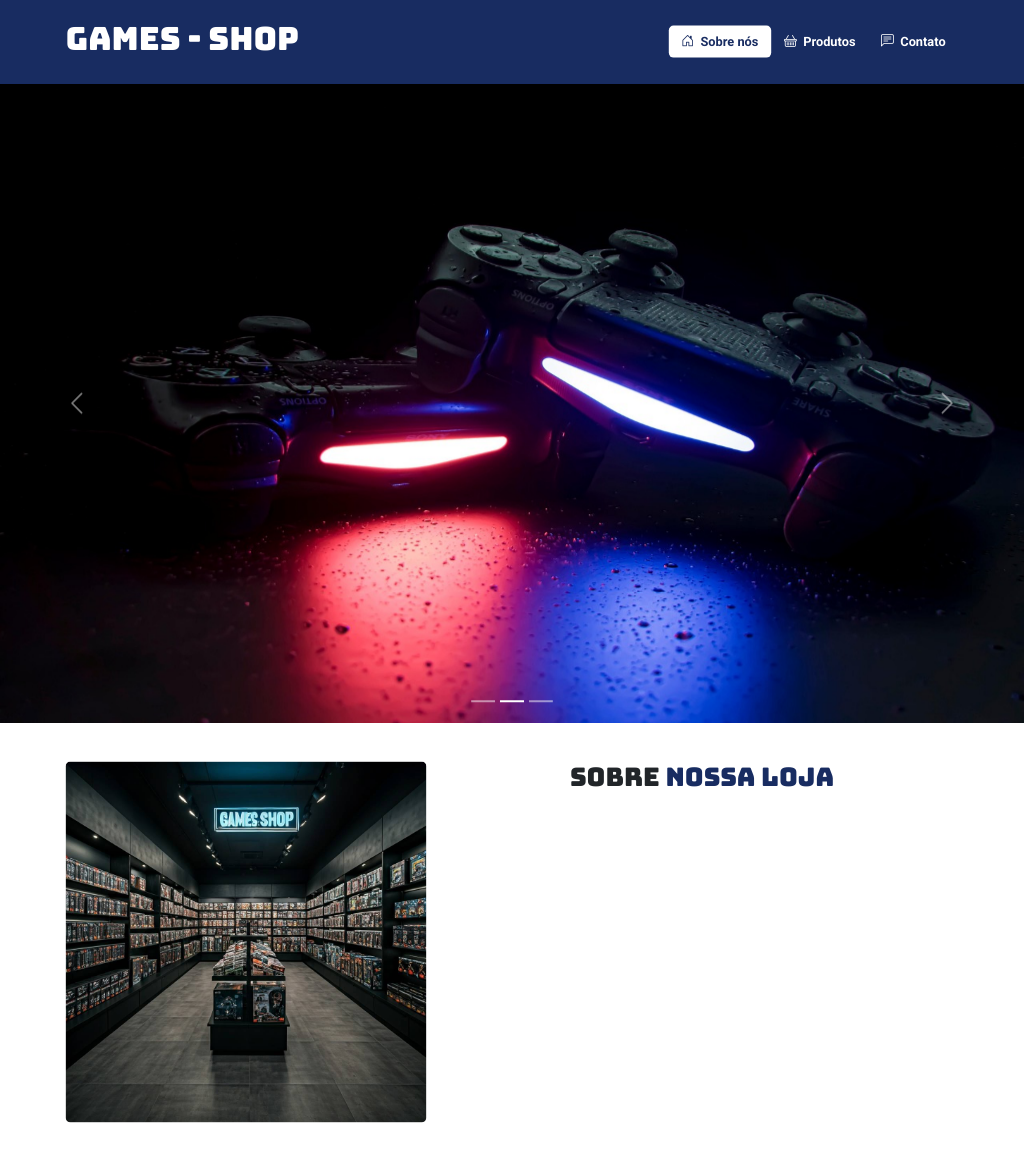
Repository: MatiasBrighent/GamesShop-Bootstrap
Page: index.html
The author's editor kept a copy of each file at every save. The page is drawn from the files as they stood at one save, then again after the next save.
The browser window is 1280 px wide. The pictures show the whole page, at 80% of full size.

Above is the page before, as saved 2025-06-20 14:29:07.

After the next save:
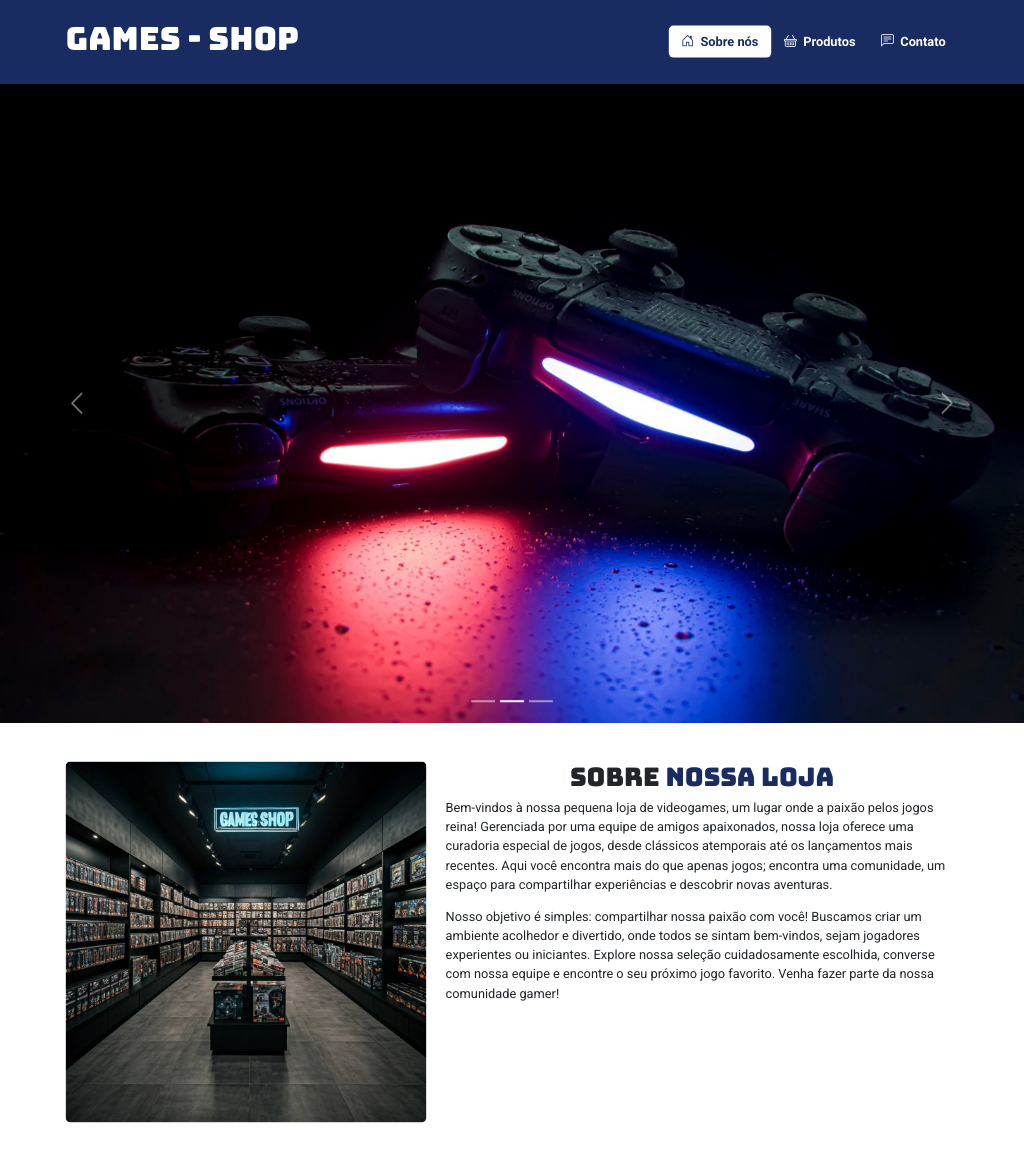
Saved 63 s later.
--- a/index.html
+++ b/index.html
@@ -75,6 +75,12 @@
                         </div>
                         <div class="col-md-7">
                             <h2 class="section-tittle text-center mt-md-0">Sobre <span class="text-colored">nossa loja</span></h2>
+                            <p>
+                                Bem-vindos à nossa pequena loja de videogames, um lugar onde a paixão pelos jogos reina! Gerenciada por uma equipe de amigos apaixonados, nossa loja oferece uma curadoria especial de jogos, desde clássicos atemporais até os lançamentos mais recentes. Aqui você encontra mais do que apenas jogos; encontra uma comunidade, um espaço para compartilhar experiências e descobrir novas aventuras.
+                            </p>
+                            <p>
+                                Nosso objetivo é simples: compartilhar nossa paixão com você! Buscamos criar um ambiente acolhedor e divertido, onde todos se sintam bem-vindos, sejam jogadores experientes ou iniciantes. Explore nossa seleção cuidadosamente escolhida, converse com nossa equipe e encontre o seu próximo jogo favorito. Venha fazer parte da nossa comunidade gamer!
+                            </p>
                         </div>
                     </div>
                 </div>
